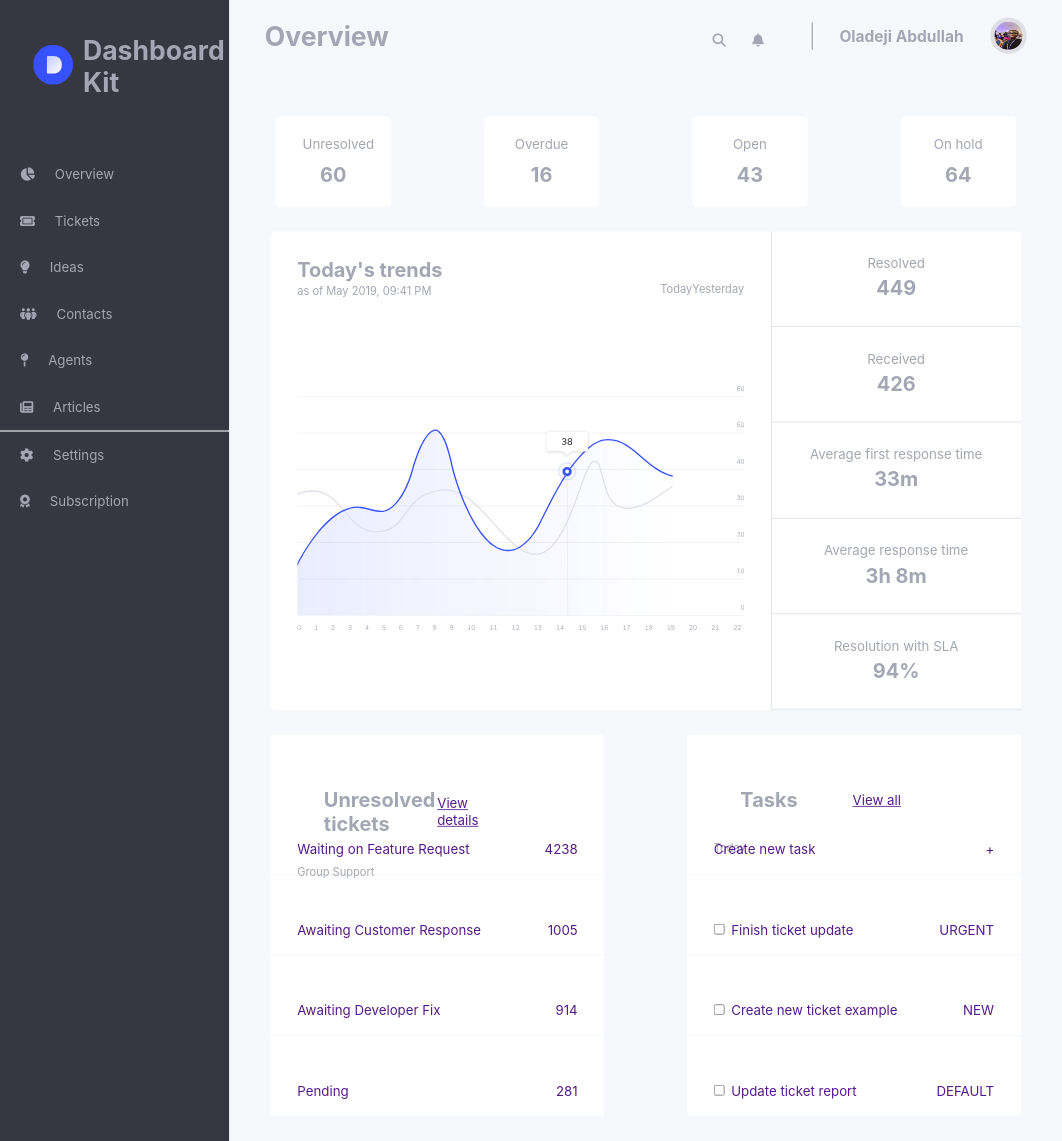
Repository: BuduCE/dashboard
Page: /
The author's editor kept a copy of each file at every save. The page is drawn from the files as they stood at one save, then again after a run of saves.
The browser window is 1280 px wide. The pictures show the whole page, at 83% of full size.
Some web libraries are served in a nearby version. The project was rebuilt for these pictures with package versions that can differ from the ones it lists, and the page was loaded fresh each time. Also part of the build but not shown: src/pages/Tickets/index.jsx.

Above is the page before, as saved 2022-08-05 23:51:47.

### public/index.html
<!DOCTYPE html>
<html lang="en">
  <head>
    <meta charset="utf-8" />
    <link rel="icon" href="%PUBLIC_URL%/favicon.ico" />
    <meta name="viewport" content="width=device-width, initial-scale=1" />
    <meta name="theme-color" content="#000000" />
    <meta
      name="description"
      content="Web site created using create-react-app"
    />
    <link rel="apple-touch-icon" href="%PUBLIC_URL%/logo192.png" />
    <!--
      manifest.json provides metadata used when your web app is installed on a
      user's mobile device or desktop. See https://developers.google.com/web/fundamentals/web-app-manifest/
    -->
    <link rel="manifest" href="%PUBLIC_URL%/manifest.json" />
    <!--
      Notice the use of %PUBLIC_URL% in the tags above.
      It will be replaced with the URL of the `public` folder during the build.
      Only files inside the `public` folder can be referenced from the HTML.

      Unlike "/favicon.ico" or "favicon.ico", "%PUBLIC_URL%/favicon.ico" will
      work correctly both with client-side routing and a non-root public URL.
      Learn how to configure a non-root public URL by running `npm run build`.
    -->

    <!-- Font-Awesome  -->
    <link
      rel="stylesheet" href="https://cdnjs.cloudflare.com/ajax/libs/font-awesome/6.1.1/css/all.min.css" integrity="sha512-KfkfwYDsLkIlwQp6LFnl8zNdLGxu9YAA1QvwINks4PhcElQSvqcyVLLD9aMhXd13uQjoXtEKNosOWaZqXgel0g==" crossorigin="anonymous" referrerpolicy="no-referrer"
    />
    <title>Admin Dashboard</title>
  </head>
  <body>
    <noscript>You need to enable JavaScript to run this app.</noscript>
    <div id="root"></div>
    <!--
      This HTML file is a template.
      If you open it directly in the browser, you will see an empty page.

      You can add webfonts, meta tags, or analytics to this file.
      The build step will place the bundled scripts into the <body> tag.

      To begin the development, run `npm start` or `yarn start`.
      To create a production bundle, use `npm run build` or `yarn build`.
    -->
  </body>
</html>

### src/index.css
* {
  margin: 0;
  padding: 0;
  box-sizing: border-box;
}
body {
  margin: 0;
  font-family: -apple-system, BlinkMacSystemFont, 'Segoe UI', 'Roboto', 'Oxygen',
    'Ubuntu', 'Cantarell', 'Fira Sans', 'Droid Sans', 'Helvetica Neue',
    sans-serif;
  -webkit-font-smoothing: antialiased;
  -moz-osx-font-smoothing: grayscale;
  background: rgba(54, 55, 64, 1);
}

code {
  font-family: source-code-pro, Menlo, Monaco, Consolas, 'Courier New',
    monospace;
}

### src/App.js
import './App.css';
// import Overview from './pages/Overview';
// import Header from './components/common/Header';
import Sidenav from './components/common/SideNav';
// import Login from './pages/Login';

function App() {
  return (
    <div className="App">
      <Sidenav />
      {/* <Login /> */}
    </div>
  );
}

export default App;

### src/components/common/SideNav/index.jsx
import React from 'react'
import Overview from '../../../pages/Overview'
import Tickets from '../../../pages/Tickets'
import Header from '../Header'
import Logo from '../Logo'
import './styles.css'

const Sidenav = () => {
  return (
    <div className='dashboard'>
        <div className="navbar">
            <div className="logo">
                <Logo />
                <h1>Dashboard Kit</h1>
            </div>
            <div className="heading">
                <i className='fas fa-chart-pie'></i>
                <p>Overview</p>
            </div>
            <div className="heading">
                <i className='fas fa-ticket'></i>
                <p>Tickets</p>
            </div>
            <div className="heading">
                <i className='fas fa-lightbulb'></i>
                <p>Ideas</p>
            </div>
            <div className="heading">
                <i className='fas fa-people-group'></i>
                <p>Contacts</p>
            </div>
            <div className="heading">
                <i className='fas fa-map-pin'></i>
                <p>Agents</p>
            </div>
            <div className="heading">
                <i className='fas fa-newspaper'></i>
                <p>Articles</p>
            </div>
            <hr />
            <div className="heading">
                <i className='fas fa-gear'></i>
                <p>Settings</p>
            </div>
            <div className="heading">
                <i className='fas fa-award'></i>
                <p>Subscription</p>
            </div>

        </div>
        <div className="info">
            {/* <Header /> */}
            <Overview />
            {/* <Tickets /> */}
        </div>
    </div>
  )
}

export default Sidenav

### src/pages/Overview/index.jsx
import React from 'react'
import './styles.css'
import TrendMap from './graph.svg'
import Header from '../../components/common/Header'

const Overview = () => {
  return (
    <>
        <Header />
        <div className='overview_pg'>
            {/* Specific status */}
            <div className="overview_stat">
                <div className="overview_info">
                    <p>Unresolved</p>
                    <h2>60</h2>
                </div>
                <div className="overview_info">
                    <p>Overdue</p>
                    <h2>16</h2>
                </div>
                <div className="overview_info">
                    <p>Open</p>
                    <h2>43</h2>
                </div>
                <div className="overview_info">
                    <p>On hold</p>
                    <h2>64</h2>
                </div>
            </div>

            {/* Today's trend */}
            <div className="trends">
                <div className="trends_head">
                    <div className="trends_headT">
                        <div className="trend_title">
                            <h2>Today's trends</h2>
                        </div>
                        <div className="trend_title_stat">
                            <div className="trend_date">
                                <small>as of May 2019, 09:41 PM</small>
                            </div>
                            <div className="trend_day">
                                <small>Today</small>
                                <small>Yesterday</small>
                            </div>
                        </div>
                    </div>

                    <div className="trends_headB">
                        <img src={TrendMap} alt="Trend Chart" />
                    </div>
                </div>

                <div className="trends_summary">
                    <div className="summary_type">
                        <p>Resolved</p>
                        <h2>449</h2>
                    </div>
                    <div className="summary_type">
                        <p>Received</p>
                        <h2>426</h2>
                    </div>
                    <div className="summary_type">
                        <p>Average first response time</p>
                        <h2>33m</h2>
                    </div>
                    <div className="summary_type">
                        <p>Average response time</p>
                        <h2>3h 8m</h2>
                    </div>
                    <div className="summary_type">
                        <p>Resolution with SLA</p>
                        <h2>94%</h2>
                    </div>
                </div>
            </div>

            <div className="ticket_n_task">
                <div className="ticket">
                    <div className="ticket_head">
                        <div className="ticket_title">
                            <h2>Unresolved tickets</h2>
                            <a href="">View details</a>
                        </div>
                        <small>Group Support</small>
                    </div>
                    <div className="ticket_list">
                        <a href="">
                            <p>Waiting on Feature Request</p>
                            <p>4238</p>
                        </a>
                        <a href="">
                            <p>Awaiting Customer Response</p>
                            <p>1005</p>
                        </a>
                        <a href="">
                            <p>Awaiting Developer Fix</p>
                            <p>914</p>
                        </a>
                        <a href="">
                            <p>Pending</p>
                            <p>281</p>
                        </a>
                    </div>
                </div>

                <div className="task">
                    <div className="ticket_head">
                        <div className="ticket_title">
                            <h2>Tasks</h2>
                            <a href="">View all</a>
                        </div>
                        <small>Today</small>
                    </div>

                    <div className="ticket_list">
                        <a href="">
                            <p>Create new task</p>
                            <p>+</p>
                        </a>
                        <a href="">
                            <div className='task_todo'>
                                <input type="checkbox" name="" id="" />
                                <label htmlFor="">Finish ticket update</label>
                            </div>

                            <p>URGENT</p>
                        </a>
                        <a href="">
                            <div className='task_todo'>
                                <input type="checkbox" name="" id="" />
                                <label htmlFor="">Create new ticket example</label>
                            </div>

                            <p>NEW</p>
                        </a>
                        <a href="">
                            <div className='task_todo'>
                                <input type="checkbox" name="" id="check" />
                                <label htmlFor="">Update ticket report</label>
                            </div>

                            <p>DEFAULT</p>
                        </a>
                    </div>
                </div>
            </div>
        </div>
    </>
  )
}

export default Overview

### src/components/common/Header/index.jsx
import React from 'react'
import './styles.css'
import budu from './budu.jpg'

const Header = () => {
  return (
    <div className='head_er'>
        <div className="headerL">
            <h1>Overview</h1>
        </div>
        <div className="headerR">
            <i className='fas fa-magnifying-glass icon'></i>
            <i className='fas fa-bell icon bell'></i>
            <h3>Oladeji Abdullah</h3>
            <img src={budu} alt="" />
        </div>
    </div>
  )
}

export default Header

### src/components/common/Logo/index.jsx
import React from 'react'
import companyLogo from './logo.svg'

const Logo = () => {
  return (
    <div>
        <img src={companyLogo} alt="" />
    </div>
  )
}

export default Logo

### src/components/common/SideNav/styles.css
.dashboard{
    display: grid;
    grid-template-columns: 1fr 5fr;
    color: #A4A6B3;
}
.navbar{
    padding: 41px 0;
}
.logo{
    display: flex;
    padding: 40px 40px;
    padding-bottom: 63px;
    padding-top: 0;
    align-items: center;
}
.logo h1{
    margin-left: 12px;
    width: 8.5rem;
}
.heading{
    width: 100%;
    display: flex;
    padding: 18px 24px;
    align-items: center;
}
.heading p{
    margin-left: 24px;
}
.heading:hover{
    border-left: 1px solid #fff;
    color: #fff;
}
.info{
    background: #F7F8FC;
    /* height: 100vh; */
}

### src/pages/Overview/styles.css
.overview_pg{
    margin-top: 54px;
}
.overview_stat{
    display: grid;
    grid-template-columns: 1fr 1fr 1fr 1fr;
    /* justify-content: space-evenly; */
    width: 100%;
}
.overview_info{
    display: flex;
    flex-direction: column;
    text-align: center;
    /* border: 1px solid; */
    border-radius: 5px;
    padding: 24px 32px;
    background: #fff;
    box-shadow: 15px;
    width: 55%;
    margin: auto;
}
.overview_info:hover{
    color: blue;
    border: 1px blue solid;
}
.overview_info p{
    padding-bottom: 12px;
}

/* trend  */
.trends{
    width: 90%;
    background: #fff;
    margin: auto;
    border-radius: 5px;
    height: 80vh;
    margin-top: 30px;
    display: grid;
    grid-template-columns: 2fr 1fr;
    margin-top: 30px;
}
.trends_head{
    padding: 32px;
}
.trend_title_stat{
    display: flex;
    justify-content: space-between;
}
.trend_day{
    display: flex;
    justify-content: space-evenly;
}
.trends_headB img{
    width: 100%;
    margin-top: 54px;
    height: 55vh;
}

/* summary  */
.trends_summary{
    display: grid;
    grid-template-rows: 1fr 1fr 1fr 1fr 1fr;
}
.summary_type{
    padding: 28px;
    border-left: 1px solid #dfe0e5;
    border-bottom: 1px solid #dfe0e5;
    text-align: center;
}
.summary_type p{
    margin-bottom: 6px;
}

/* Tickets */
.ticket_n_task{
    display: grid;
    grid-template-columns: 1fr 1fr;
    width: 90%;
    margin: auto;
    margin-top: 30px;
    margin-bottom: 30px;
}
.ticket{
    margin-right: 50px;
}
.task{
    margin-left: 50px;
}
.ticket,.task{
    border-radius: 5px;
    background: #fff;
}
.ticket_head{
    padding: 32px;
    margin-bottom: 8px;
    width: 80%;
    height: 10vh;
}
.ticket_title{
    display: flex;
    justify-content: space-between;
    align-items: center;
}
.ticket_list a{
    text-decoration: none;
    display: flex;
    justify-content: space-between;
    align-items: center;
    padding: 20px 32px;
    border-bottom: 1px solid #F7F8FC;
    margin-top: 36px;
    align-items: center;
}
.task_todo{
    align-items: center;
}
.task_todo label{
    margin-left: 8px;
}

### src/pages/Tickets/styles.css
.ticket_pg{
    background: #fff;
    border-radius: 5px;
    height: 96vh;
    width: 95%;
    margin: auto;
    margin-top: 54px;
}
.ticket_title{
    display: flex;
    justify-content: space-between;
    padding: 32px;
}
.titleR, .titleR_icon{
    display: flex;
    justify-content: space-between;
    align-items: center;
    margin-left: 32px;
}
.titleR_icon p{
    margin-left: 8px;
}
/* .tab_head{
    display: grid;
    grid-template-columns: 3fr 2fr 2fr 1fr;
    margin: auto;
    padding: 0 77px 12px 31px;
    border-bottom: 1px solid #dfe0e5;
} */
.tab_info{
    display: grid;
    grid-template-columns: 3fr 2fr 2fr 1fr;
    margin: auto;
    padding: 24px 31px;
    border-bottom: 1px solid #dfe0e5;
}
.tab_info:hover{
    background: #F7F8FC;
}
.info_title{
    display: grid;
    grid-template-columns: 1fr 7fr;
}
.info_title img{
    width: 44px;
    height: 44px;
    border: 5px solid #dfe0e5;
    border-radius: 50%;
}
.ticket_tab{
    margin: auto;
}
.info_status{
    display: flex;
    /* grid-template-columns: 1fr 1fr; */
    justify-content: space-between;
    align-items: center;
}
.info_status button{
    padding: 5px 20px;
    border-radius: 40%;
    background: red;
    color: #fff;
    border: none;
}

### src/components/common/Header/styles.css
.head_er{
    display: flex;
    justify-content: space-between;
    width: 100%;
    height: 10vh;
    padding: 43px 43px;
    align-items: center;
}
.headerR{
    display: flex;
    justify-content: space-between;
    align-items: center;
}
.icon{
    width: 16px;
    height: 16px;
    padding: 5px 24px;
}
.bell{
    padding-right: 72px;
}
.headerR h3{
    padding: 5px 32px;
    border-left: 1px solid grey;
}
.headerR img{
    width: 44px;
    height: 44px;
    border-radius: 50%;
    border: 5px solid #dfe0e5;
}

Loaded but not shown: src/index.js (common file); src/reportWebVitals.js (common file); src/App.css (common file)

After the next 3 saves:
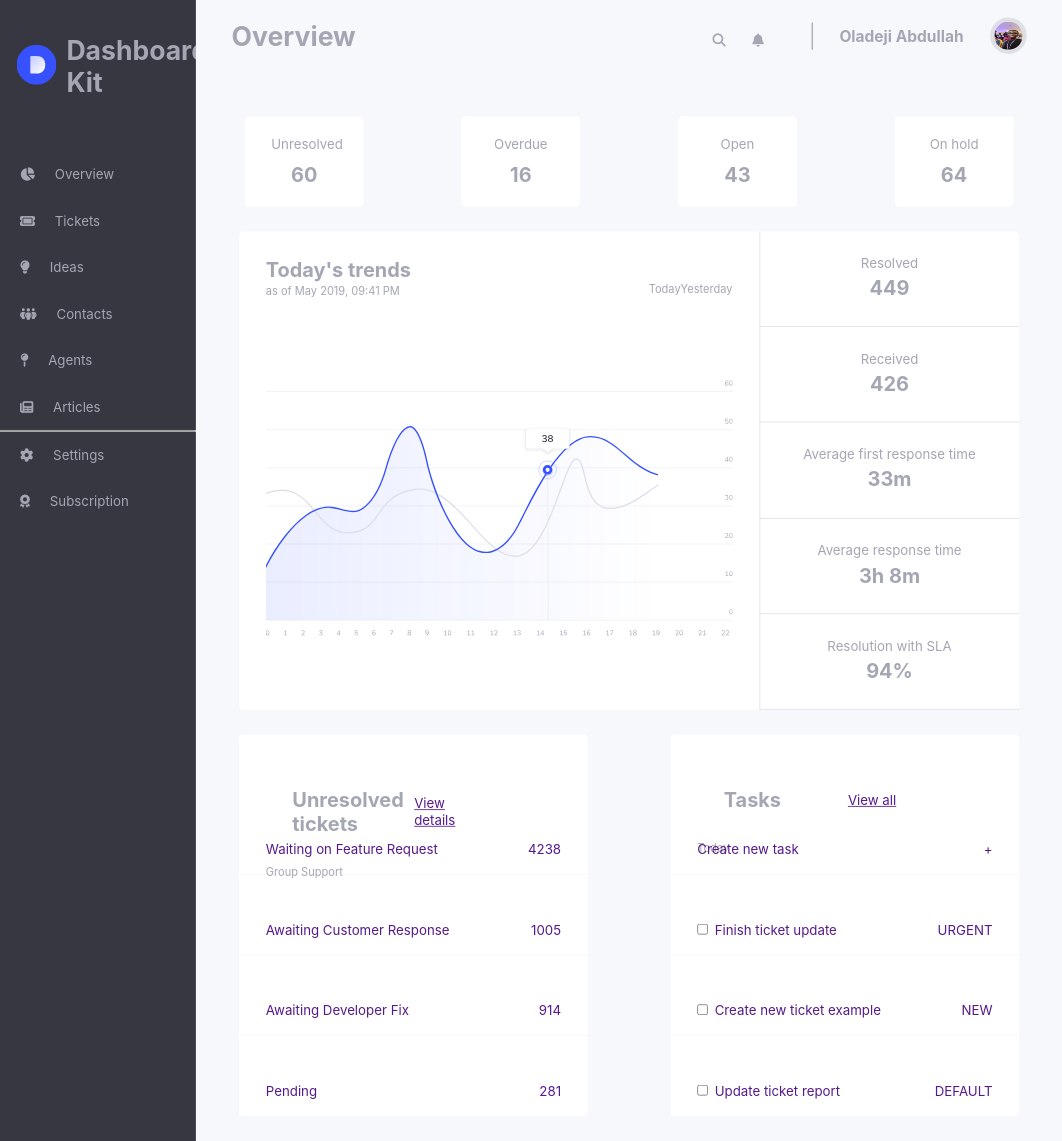
The 3 saves are shown as one change because they came seconds apart.
The last was saved 11 s later.
--- a/src/components/common/SideNav/styles.css
+++ b/src/components/common/SideNav/styles.css
@@ -8,7 +8,7 @@
 }
 .logo{
     display: flex;
-    padding: 40px 40px;
+    padding: 20px 20px;
     padding-bottom: 63px;
     padding-top: 0;
     align-items: center;
